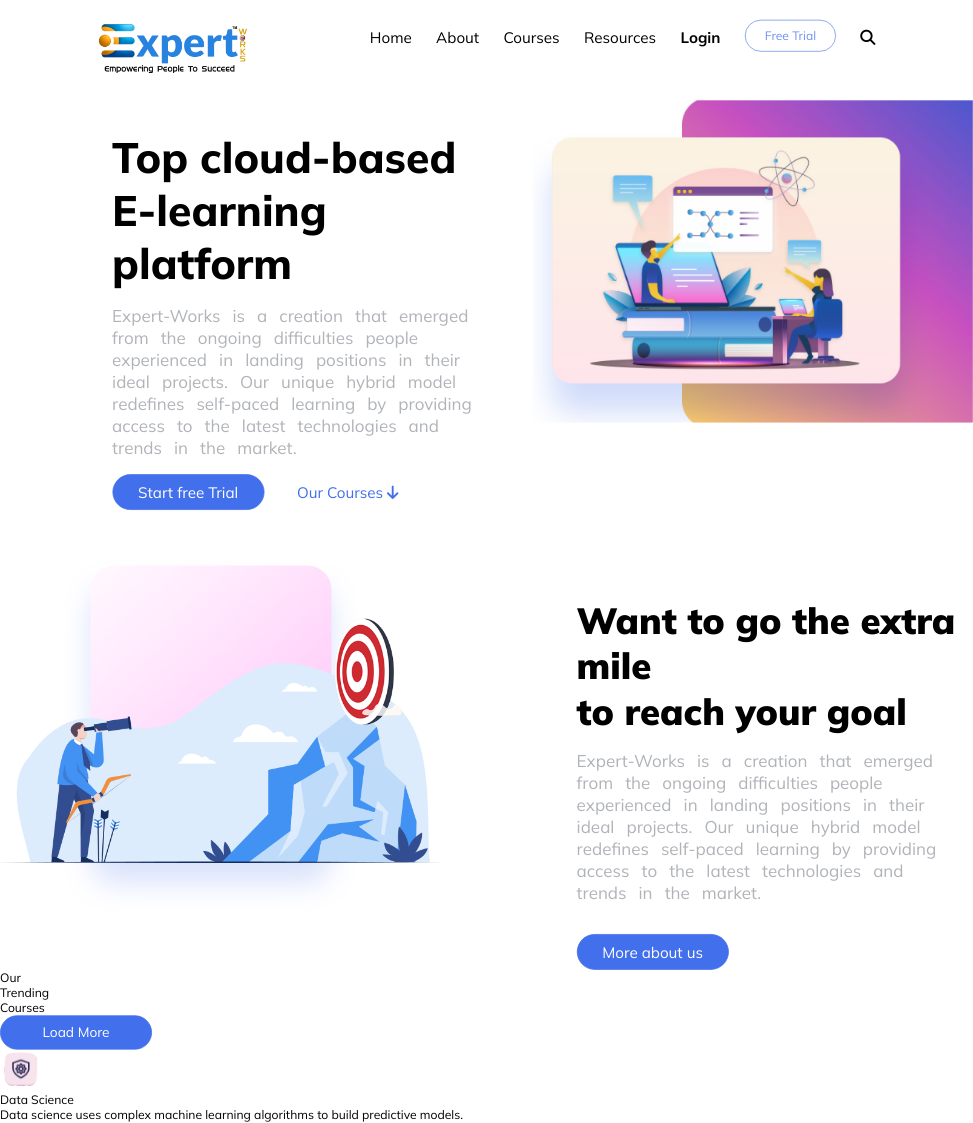
Repository: FlyweisReact/Raghu-B2C
Page: /homePage
An editor plug-in stored every save of this project. The page is shown before and after the next save, followed by the edit.
The browser window is 1280 px wide. The pictures show the whole page, at 76% of full size.
Some web libraries are served in a nearby version. The project was rebuilt for these pictures with package versions that can differ from the ones it lists, and the page was loaded fresh each time. Also part of the build but not shown: src/Footer/footer.scss, src/Footer/Footer.jsx, src/component/pages/courses/course.scss, src/component/Navbar/nav.scss, src/component/Navbar/Nav.jsx, src/component/navigation/NavItems.js, src/component/navigation/Dropdown.css, src/component/navigation/Dropdown.js and 43 more.

Above is the page before, as saved 2023-02-03 15:58:07.

### public/index.html
<!DOCTYPE html>
<html lang="en">
  <head>
    <meta charset="utf-8" />
    <link rel="icon" href="%PUBLIC_URL%/favicon.ico" />
    <meta name="viewport" content="width=device-width, initial-scale=1" />
    <meta name="theme-color" content="#000000" />
    <meta
      name="description"
      content="Web site created using create-react-app"
    />
    <link rel="apple-touch-icon" href="%PUBLIC_URL%/logo192.png" />
    <link href="https://fonts.googleapis.com/css2?family=Mulish:ital,wght@0,200;0,300;0,400;0,500;0,600;0,700;0,800;0,900;1,200;1,300;1,400;1,500;1,600;1,700;1,800&display=swap" rel="stylesheet">
    <link rel="manifest" href="%PUBLIC_URL%/manifest.json" />
    <title>Educational Web</title>
  </head>
  <body>
    <noscript>You need to enable JavaScript to run this app.</noscript>
    <div id="root"></div>
    <script src="https://kit.fontawesome.com/b533b351e4.js" crossorigin="anonymous"></script>
  </body>
</html>

### src/index.js
/** @format */

import React from "react";
import ReactDOM from "react-dom";
import { BrowserRouter } from "react-router-dom";
import App from "./App";

ReactDOM.render(
  <React.StrictMode>
    <BrowserRouter>
      <App />
    </BrowserRouter>
  </React.StrictMode>,
  document.getElementById("root")
);

### src/App.js
/** @format */

import { Routes, Route } from "react-router-dom";
import "./App.css";
import "./component/common.scss";
import Courses from "./component/pages/courses/Courses";
import Home from "./component/Home";
import Programs from "./component/pages/Programs/Programs";
import Login from "./component/pages/LoginPage/Login";
import CreateAccount from "./component/pages/CreateAccount/CreateAccount";
import UsertakenCourses from "./component/pages/UserTakenCourses/UsertakenCourses";
import ExploreMore from "./component/pages/morecourses/ExploreMore";
import Forgot from "./component/pages/forgotPassword/Forgot";
import OTP from "./component/pages/otp/OTP";
import Reset from "./component/pages/reset/Reset";
import ViewCourses from "./component/pages/viewCourses/ViewCourses";
import SignUpOtp from "./component/pages/signUpOtp/SignUpOtp"
import MyCourse from "./component/pages/Mycourse/MyCourse";
import MyCourseDesc from "./component/pages/Mycourse/MyCourseDesc";
import FreeTrial from "./component/pages/FreeTrial/FreeTrial";
import Subscription from "./component/pages/FreeTrial/Subscription";
import Billing from "./component/pages/FreeTrial/Billing";
import ThankYOu from "./component/pages/FreeTrial/ThankYOu";
import HomePage from "./HomePage";

function App() {
  const user = false;

  return (
    <div className="App">
      <Routes>
        <Route exect path="/" element={<Login />} />
        <Route exect path="/emailVerify" element={<Forgot />} />
        <Route exect path="/otp" element={<OTP />} />
        <Route exect path="/reset" element={<Reset />} />
        <Route exect path="/cources" element={<Courses />} />
        <Route exect path="/viewCourses" element={<ViewCourses />} />
        <Route exect path="/program" element={<Programs />} />
        <Route exect path="/home" element={<Home user={user} />} />
        <Route exect path="/create-acount" element={<CreateAccount />} />
        <Route exect path="/signUpOtp" element={<SignUpOtp />} />
        <Route exect path="/user" element={<UsertakenCourses />} />
        <Route exect path="/explore" element={<ExploreMore />} />
        <Route exect path="/myCourse" element={<MyCourse />} />
        <Route exect path="/myCourse/:id" element={<MyCourseDesc />} />
        <Route  exect path="/trial" element={<FreeTrial />} />
        <Route  exect path="/subscription" element={<Subscription />} />
        <Route  exect path="/billing" element={<Billing />} />
        <Route  exect path="/thank" element={<ThankYOu />} />
        <Route  exect path="/homePage" element={<HomePage />} />





      </Routes>
    </div>
  );
}

export default App;

### src/App.css
*{
  margin: 0;
  padding: 0;
  box-sizing: border-box;
  font-family: 'Mulish', sans-serif;
}
.hello{
  color:#7ABCFF;
color:  #3284D6;
color:  #D1E8FF;

}

### src/component/common.scss
.links{
    text-decoration: none;
    color: #fff;
    overflow-x: hidden;
}

*{
    // overflow-x: hidden;
    scroll-behavior: smooth;
}

### src/HomePage.js
/** @format */

import React from "react";
import "./HomePage.css";
// Images
import img from "./images/logo.png";
import img1 from './images/1st image.png'
import img2 from './images/2nd image.png'
import img3 from './images/Home.png'
import img4 from './images/icon.png'


const HomePage = () => {
  return (
    <>
      <div className="HomeNewnav">
        <div className="left">
          <img src={img} alt="" />
        </div>
        <div className="right">
          <ul>
            <li>Home</li>
            <li>About </li>
            <li>Courses</li>
            <li>Resources</li>
            <li style={{ fontWeight: "bold" }}>Login</li>
            <button>Free Trial</button>
            <li>
              <i class="fa-solid fa-magnifying-glass"></i>
            </li>
          </ul>
        </div>
      </div>

      <div className="mainSecTwo">
        <div className="left">
          <p className="head">
            Top cloud-based <br /> E-learning platform{" "}
          </p>
          <p className="desc">
            Expert-Works is a creation that emerged from the ongoing
            difficulties people experienced in landing positions in their ideal
            projects. Our unique hybrid model redefines self-paced learning by
            providing access to the latest technologies and trends in the
            market.
          </p>
          <div className="btns">
            <button
              style={{
                backgroundColor: "#426fec",
                color: "#fff",
                width: "200px",
                border: "1px solid #426fec",
                fontSize: "20px",
                borderRadius: "50px",
                padding: "10px",
              }}
            >
              Start free Trial
            </button>
            <button
              style={{
                backgroundColor: "#fff",
                color: "#426fec",
                width: "200px",
                border: "none",
                fontSize: "20px",
                borderRadius: "50px",
                padding: "10px",
              }}
            >
              Our Courses <i class="fa-solid fa-arrow-down"></i>
            </button>
          </div>
        </div>
        <div className="right">
          <img
            src={img3}
            alt=""
          />
        </div>
      </div>

      <div className="mainSecTwo2">
        <div className="left">
          <img
            src={img2}
            alt=""
          />
        </div>
        <div className="right">
          <p className="head">
            Want to go the extra mile <br />
            to reach your goal
          </p>
          <p className="desc">
            Expert-Works is a creation that emerged from the ongoing
            difficulties people experienced in landing positions in their ideal
            projects. Our unique hybrid model redefines self-paced learning by
            providing access to the latest technologies and trends in the
            market.
          </p>
          <div className="btns">
            <button
              style={{
                backgroundColor: "#426fec",
                color: "#fff",
                width: "200px",
                border: "1px solid #426fec",
                fontSize: "20px",
                borderRadius: "50px",
                padding: "10px",
              }}
            >
              More about us
            </button>
          </div>
        </div>
      </div>

      <div className="centerMainDiv">
        <div className="left">
          <p className="head">
            Our <br /> Trending <br /> Courses
          </p>{" "}
          <button
            style={{
              backgroundColor: "#426fec",
              color: "#fff",
              width: "200px",
              border: "1px solid #426fec",
              fontSize: "18px",
              borderRadius: "50px",
              padding: "10px",
            }}
          >
           Load More
          </button>
        </div>
        <div className="right">
            <div className="group">
                <div>
                    <img src={img4} alt='' />
                    <p className="head">Data Science</p>
                    <p className="desc">Data science uses complex machine learning algorithms to build predictive models.</p>
                </div>
            </div>
        </div>
      </div>
    </>
  );
};

export default HomePage;

### src/HomePage.css
.HomeNewnav{
    display: flex;
    justify-content: space-between;
    width: 80%;
    margin-left:10%;
    margin-top: 2%;
}
.HomeNewnav .left img{
    width: 200px;
}
.HomeNewnav .right ul {
    display: flex;
    gap: 2rem;
}
.HomeNewnav .right ul li{
    list-style: none;
    font-size: 20px;
    margin-top: 10px;
}
.HomeNewnav .right ul  button {
    width: 120px;
    font-size: 16px;
    margin-top: 0;
    border: 1px solid #6e90f0;
    color: #6e90f0;
    background-color: #fff;

    padding: 10px;
    border-radius: 50px;
}
.HomeNewnav .right ul li:hover{
    color: #6e90f0;
    cursor: pointer;
}



.mainSecTwo {
    display: flex;
    margin-top: 2%;
    gap: 2rem;
    justify-content: space-between;
}
.mainSecTwo .left{
    width: 50%;
    margin-left: 7%;
    margin-top: 3%;
}
.mainSecTwo .right{
    width: 50%;
}
.mainSecTwo .right img {
    width: 100%;
}
.mainSecTwo .left .head{
    font-size: 3.5rem;
    font-weight: 800;
    margin-left: 10%;

}
.mainSecTwo .left .desc{
    width: 500px;
    word-spacing: 10px;
    font-size: 1.4rem;
    margin-top: 20px;
    margin-left: 10%;
    color: #b0b3b8;
}
.mainSecTwo .left .btns{
    display: flex;
    gap: 10px;
    margin-left: 10%;
    margin-top: 20px;
}



.mainSecTwo2{
    display: flex;
    margin-top: 5%;
    gap: 2rem;
    justify-content: space-between;
}
.mainSecTwo2 .right{
    width: 50%;
    margin-top: 4%;
    margin-left: 7%;
}
.mainSecTwo2 .left{
    width: 50%;

}
.mainSecTwo2 .left img {
    width: 100%;
}
.mainSecTwo2 .right .head{
    font-size: 3rem;
    font-weight: 900;
    margin-left: 10%;
}
.mainSecTwo2 .right .desc{
    width: 500px;
    word-spacing: 10px;
    font-size: 1.4rem;
    margin-top: 20px;
    margin-left: 10%;
    color: #b0b3b8;
}
.mainSecTwo2 .right .btns{
    display: flex;
    gap: 10px;
    margin-left: 10%;
    margin-top: 40px;
}

Loaded but not shown: src/component/pages/viewCourses/viewCourses.css (no stored copy; drawn as an empty file)

After the next save:
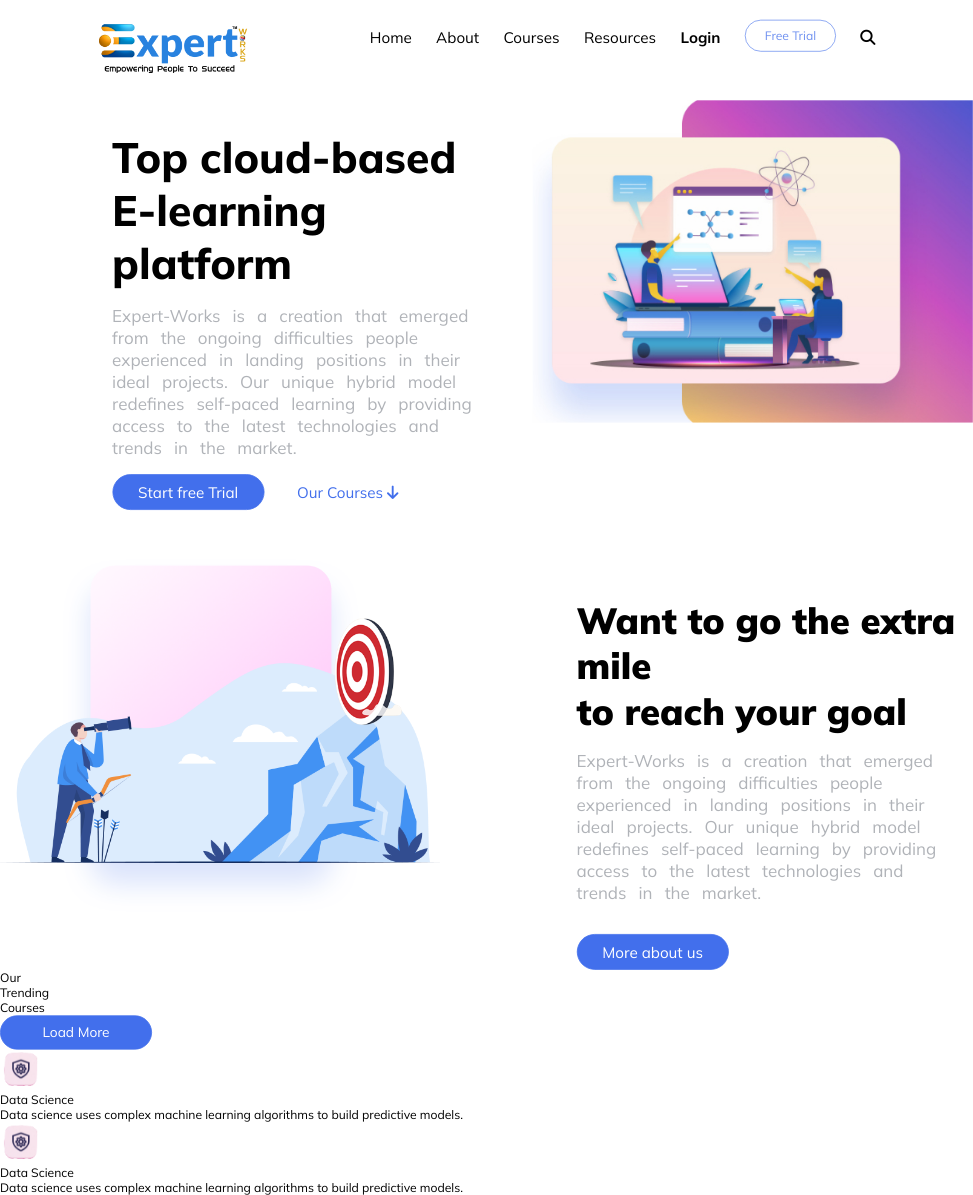
Saved 10 s later.
--- a/src/HomePage.js
+++ b/src/HomePage.js
@@ -144,6 +144,11 @@ const HomePage = () => {
                     <p className="head">Data Science</p>
                     <p className="desc">Data science uses complex machine learning algorithms to build predictive models.</p>
                 </div>
+                <div>
+                    <img src={img4} alt='' />
+                    <p className="head">Data Science</p>
+                    <p className="desc">Data science uses complex machine learning algorithms to build predictive models.</p>
+                </div>
             </div>
         </div>
       </div>
